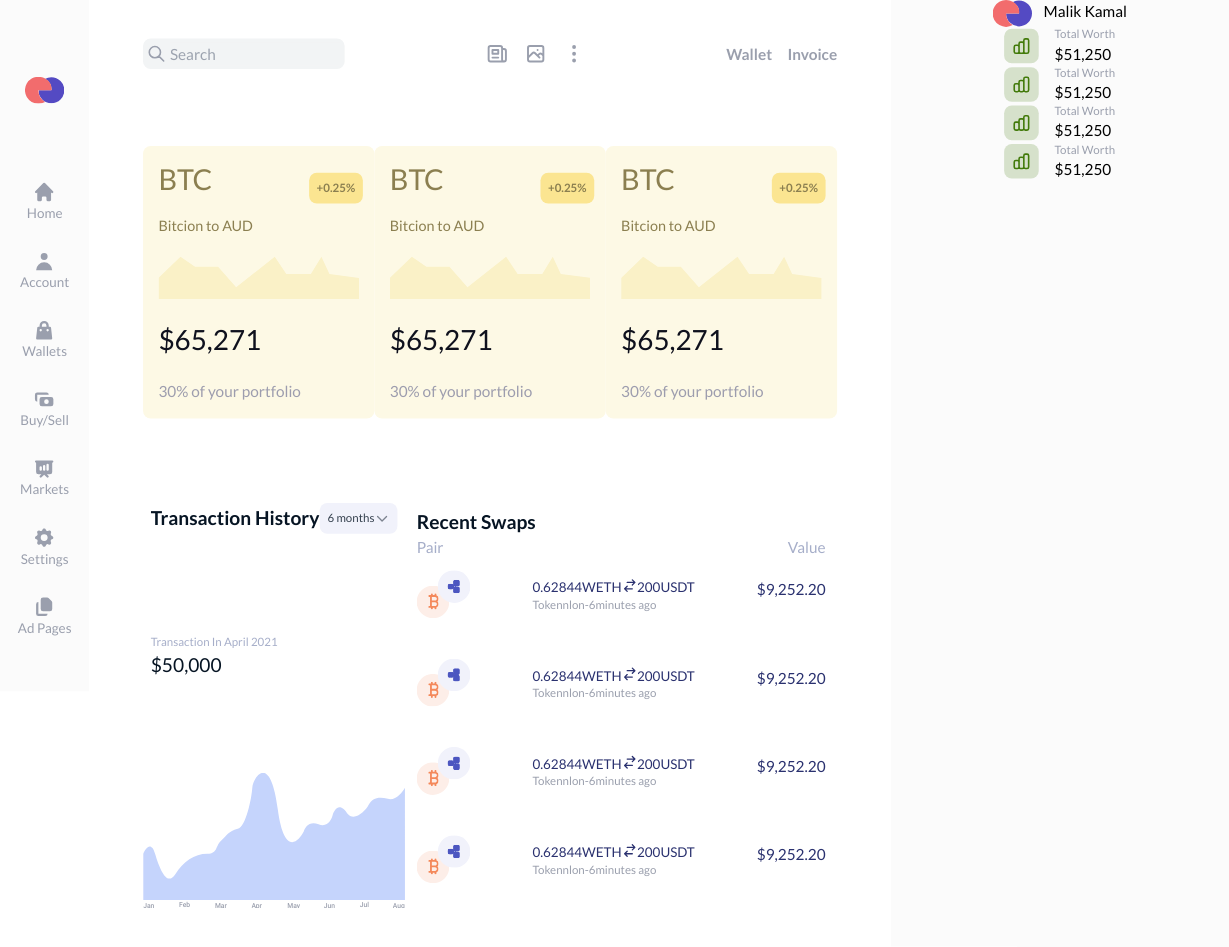
Repository: almaqdad55/crypto-app-nextjs
Page: /
An editor plug-in stored every save of this project. The page is shown before and after the next save, followed by the edit.
The browser window is 1280 px wide. The pictures show the whole page, at 96% of full size.
The project was rebuilt for these pictures with package versions that can differ from the ones it lists, and the page was loaded fresh each time. The framework's server and built-in components were replaced by stand-ins that run in the browser.

Above is the page before, as saved 2022-01-04 22:36:38.

After the next save:
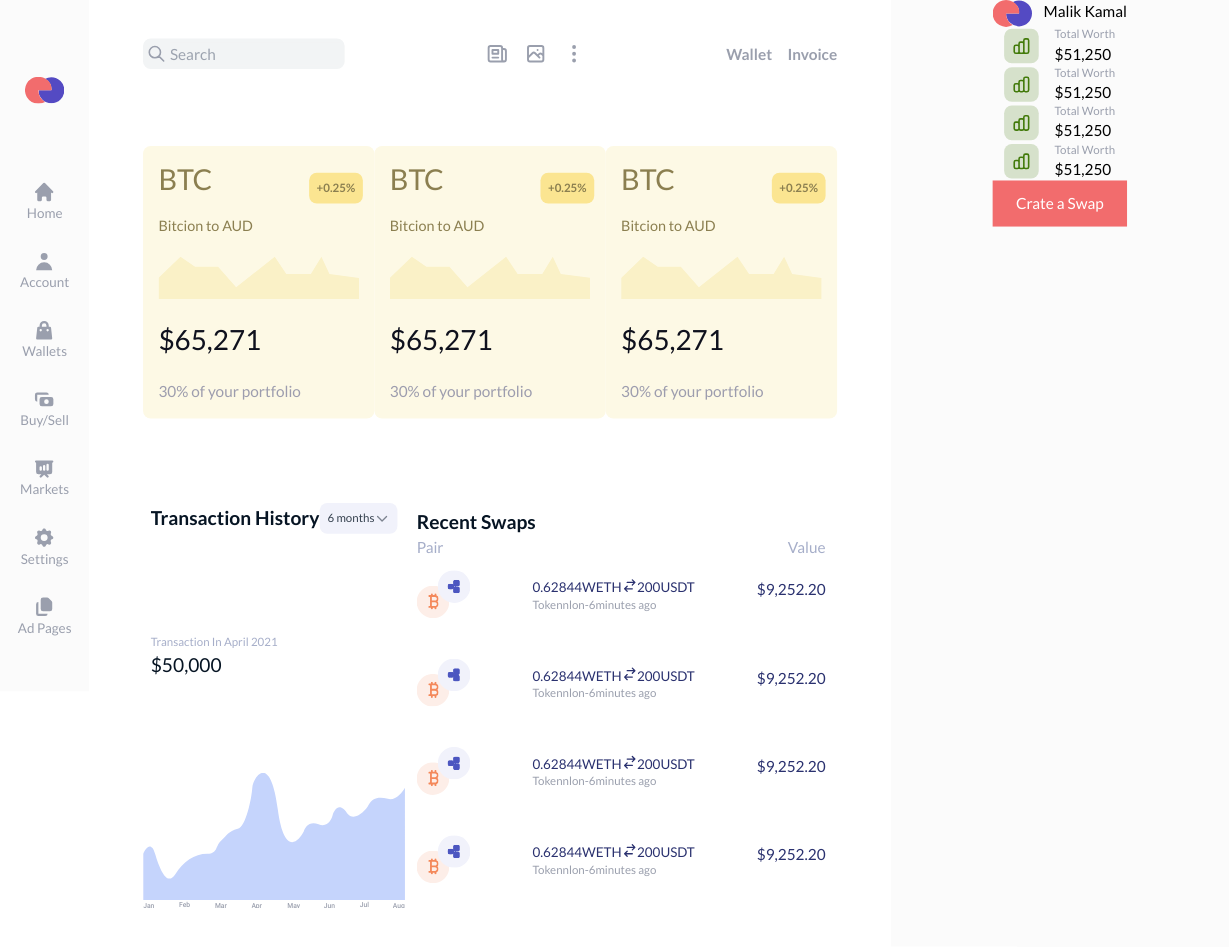
Saved 14 s later.
--- a/components/Widget.jsx
+++ b/components/Widget.jsx
@@ -6,6 +6,7 @@ import {
   ShieldCheckIcon,
 } from '@heroicons/react/outline';
 import StatsDisplay from './StatsDisplay';
+import Button from './Button';
 const Widget = () => {
   return (
     <div className="bg-[#fbfbfb] min-w-[352px] flex flex-col items-center">
@@ -18,6 +19,8 @@ const Widget = () => {
       <StatsDisplay />
       <StatsDisplay />
       <StatsDisplay />
+
+      <Button />
     </div>
   );
 };
